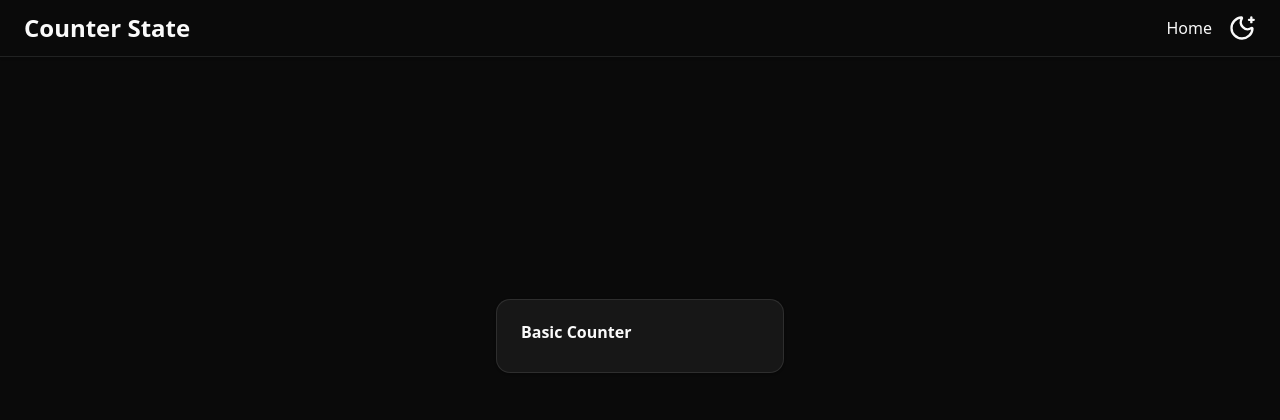
Repository: dev-piyushsarkar/counter-state-project
Page: /
These files come from the project's save history. The page is drawn as it stood at one moment and after the next save; the edit follows.
The browser window is 1280 px wide. The pictures show the whole page.
The project was rebuilt for these pictures with package versions that can differ from the ones it lists, and the page was loaded fresh each time. The framework's server and built-in components were replaced by stand-ins that run in the browser. Also part of the build but not shown: next.config.ts.

Above is the page before, as saved 2025-11-15 13:27:51.

After the next save:
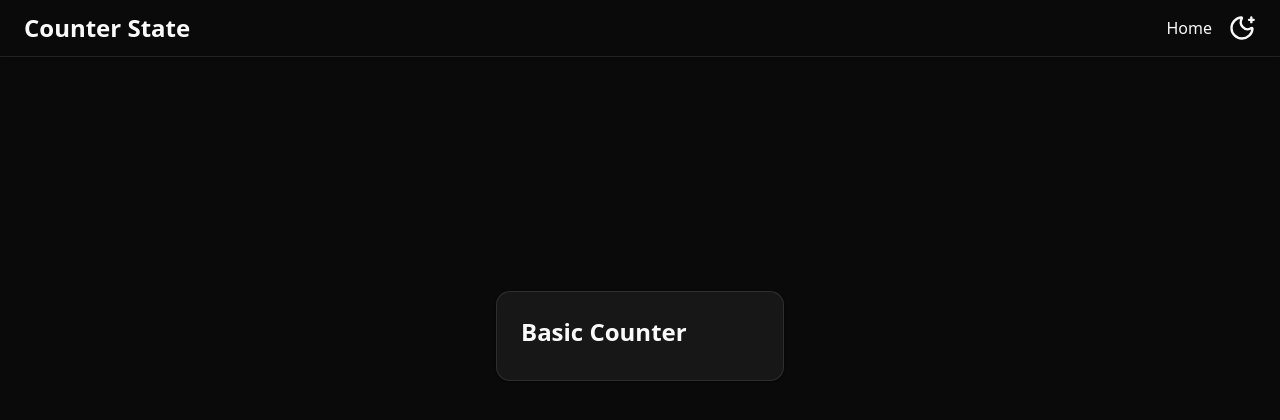
Saved 99 s later.
--- a/src/app/page.tsx
+++ b/src/app/page.tsx
@@ -11,7 +11,7 @@ const page = () => {
 		<section className="grid h-[90dvh] place-items-center">
 			<Card className="w-2xs">
 				<CardHeader>
-					<CardTitle>Basic Counter</CardTitle>
+					<CardTitle className="text-2xl">Basic Counter</CardTitle>
 				</CardHeader>
 			</Card>
 		</section>
